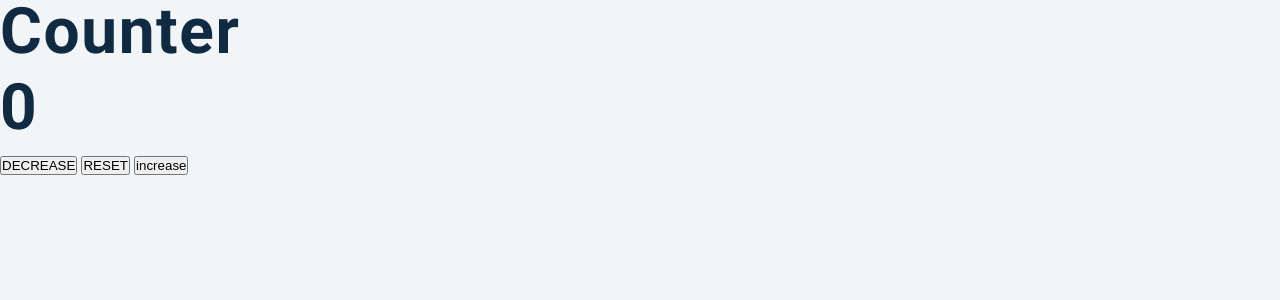
Repository: hseunghwan/practice-vanilla-javascript
Page: Counter/Counter.html
The author's editor kept a copy of each file at every save. The page is drawn from the files as they stood at one save, then again after the next save.
The browser window is 1280 px wide. The pictures show the whole page.

Above is the page before, as saved 2023-05-09 20:19:38.

### Counter/Counter.html
<!DOCTYPE html>
<html>
    <head>
        <meta charset="utf-8" />
        <title>Counter</title>
        <link href="../styles.css" rel="stylesheet" />
        <script src="app.js"></script>
    </head>
    <body>
        <h1>Counter</h1>
        <h1 id="counter">0</h1>
        <div class="bottonbox">
            <button id="decrease">DECREASE</button>
            <button id="reset">RESET</button>
            <button id="increase">increase</button>
        </div>
    </body>
</html>

### styles.css
/*
===============
Fonts
===============
*/
@import url("https://fonts.googleapis.com/css?family=Open+Sans|Roboto:400,700&display=swap");

/*
===============
Variables
===============
*/

:root {
    /* dark shades of primary color*/
    --clr-primary-1: hsl(205, 86%, 17%);
    --clr-primary-2: hsl(205, 77%, 27%);
    --clr-primary-3: hsl(205, 72%, 37%);
    --clr-primary-4: hsl(205, 63%, 48%);
    /* primary/main color */
    --clr-primary-5: hsl(205, 78%, 60%);
    /* lighter shades of primary color */
    --clr-primary-6: hsl(205, 89%, 70%);
    --clr-primary-7: hsl(205, 90%, 76%);
    --clr-primary-8: hsl(205, 86%, 81%);
    --clr-primary-9: hsl(205, 90%, 88%);
    --clr-primary-10: hsl(205, 100%, 96%);
    /* darkest grey - used for headings */
    --clr-grey-1: hsl(209, 61%, 16%);
    --clr-grey-2: hsl(211, 39%, 23%);
    --clr-grey-3: hsl(209, 34%, 30%);
    --clr-grey-4: hsl(209, 28%, 39%);
    /* grey used for paragraphs */
    --clr-grey-5: hsl(210, 22%, 49%);
    --clr-grey-6: hsl(209, 23%, 60%);
    --clr-grey-7: hsl(211, 27%, 70%);
    --clr-grey-8: hsl(210, 31%, 80%);
    --clr-grey-9: hsl(212, 33%, 89%);
    --clr-grey-10: hsl(210, 36%, 96%);
    --clr-white: #fff;
    --clr-red-dark: hsl(360, 67%, 44%);
    --clr-red-light: hsl(360, 71%, 66%);
    --clr-green-dark: hsl(125, 67%, 44%);
    --clr-green-light: hsl(125, 71%, 66%);
    --clr-black: #222;
    --ff-primary: "Roboto", sans-serif;
    --ff-secondary: "Open Sans", sans-serif;
    --transition: all 0.3s linear;
    --spacing: 0.1rem;
    --radius: 0.25rem;
    --light-shadow: 0 5px 15px rgba(0, 0, 0, 0.1);
    --dark-shadow: 0 5px 15px rgba(0, 0, 0, 0.2);
    --max-width: 1170px;
    --fixed-width: 620px;
}
/*
===============
Global Styles
===============
*/

*,
::after,
::before {
    margin: 0;
    padding: 0;
    box-sizing: border-box;
}
body {
    font-family: var(--ff-secondary);
    background: var(--clr-grey-10);
    color: var(--clr-grey-1);
    line-height: 1.5;
    font-size: 0.875rem;
}
ul {
    list-style-type: none;
}
a {
    text-decoration: none;
}
h1,
h2,
h3,
h4 {
    letter-spacing: var(--spacing);
    text-transform: capitalize;
    line-height: 1.25;
    margin-bottom: 0.75rem;
    font-family: var(--ff-primary);
}
h1 {
    font-size: 3rem;
}
h2 {
    font-size: 2rem;
}
h3 {
    font-size: 1.25rem;
}
h4 {
    font-size: 0.875rem;
}
p {
    margin-bottom: 1.25rem;
    color: var(--clr-grey-5);
}
@media screen and (min-width: 800px) {
    h1 {
        font-size: 4rem;
    }
    h2 {
        font-size: 2.5rem;
    }
    h3 {
        font-size: 1.75rem;
    }
    h4 {
        font-size: 1rem;
    }
    body {
        font-size: 1rem;
    }
    h1,
    h2,
    h3,
    h4 {
        line-height: 1;
    }
}
/*  global classes */

/* section */
.section {
    padding: 5rem 0;
}

.section-center {
    width: 90vw;
    margin: 0 auto;
    max-width: 1170px;
}
@media screen and (min-width: 992px) {
    .section-center {
        width: 95vw;
    }
}
main {
    min-height: 100vh;
    display: grid;
    place-items: center;
}

/*
===============
Nav
===============
*/
nav {
    background: var(--clr-white);
    height: 3rem;
    display: grid;
    align-items: center;
    box-shadow: var(--dark-shadow);
}
.nav-center {
    width: 90vw;
    max-width: var(--fixed-width);
    margin: 0 auto;
    display: flex;
    align-items: center;
    justify-content: space-between;
}
.nav-center h4 {
    margin-bottom: 0;
    color: var(--clr-primary-5);
}
.nav-links {
    display: flex;
}
nav a {
    text-transform: capitalize;
    font-weight: 700;
    font-size: 1rem;
    color: var(--clr-primary-1);
    letter-spacing: var(--spacing);
    margin-right: 1rem;
}
nav a:hover {
    color: var(--clr-primary-5);
}
/*
===============
Container
===============
*/
main {
    min-height: calc(100vh - 3rem);
    display: grid;
    place-items: center;
}
.container {
    text-align: center;
}
.container h2 {
    background: var(--clr-black);
    color: var(--clr-white);
    padding: 1rem;
    border-radius: var(--radius);
    margin-bottom: 2.5rem;
}
.color {
    color: var(--clr-primary-5);
}
.btn-hero {
    font-family: var(--ff-primary);
    text-transform: uppercase;
    background: transparent;
    color: var(--clr-black);
    letter-spacing: var(--spacing);
    display: inline-block;
    font-weight: 700;
    transition: var(--transition);
    border: 2px solid var(--clr-black);
    cursor: pointer;
    box-shadow: 0 1px 3px rgba(0, 0, 0, 0.2);
    border-radius: var(--radius);
    font-size: 1rem;
    padding: 0.75rem 1.25rem;
}
.btn-hero:hover {
    color: var(--clr-white);
    background: var(--clr-black);
}

### Counter/app.js
window.onload = () => {
    let counter = 0;
};

After the next save:
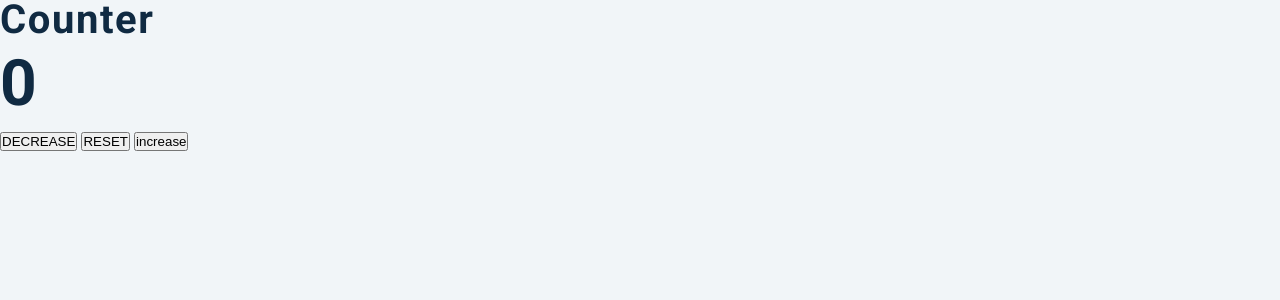
Saved 34 s later.
--- a/Counter/Counter.html
+++ b/Counter/Counter.html
@@ -7,7 +7,7 @@
         <script src="app.js"></script>
     </head>
     <body>
-        <h1>Counter</h1>
+        <h2>Counter</h2>
         <h1 id="counter">0</h1>
         <div class="bottonbox">
             <button id="decrease">DECREASE</button>

After the 4 saves that followed:
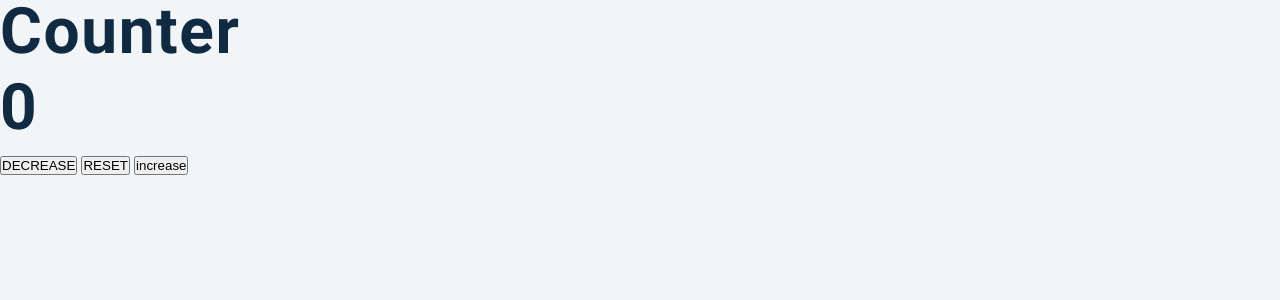
Console error: TypeError: Cannot read properties of null (reading 'addEventListener')
The 4 saves are shown as one change because 3 left the picture as it was.
The last was saved 12 min 57 s later.
--- a/Counter/Counter.html
+++ b/Counter/Counter.html
@@ -7,12 +7,12 @@
         <script src="app.js"></script>
     </head>
     <body>
-        <h2>Counter</h2>
+        <h1>Counter</h1>
         <h1 id="counter">0</h1>
         <div class="bottonbox">
-            <button id="decrease">DECREASE</button>
-            <button id="reset">RESET</button>
-            <button id="increase">increase</button>
+            <button class="btn decrease">DECREASE</button>
+            <button class="btn reset">RESET</button>
+            <button class="btn increase">increase</button>
         </div>
     </body>
 </html>
--- a/Counter/app.js
+++ b/Counter/app.js
@@ -1,3 +1,9 @@
 window.onload = () => {
-    let counter = 0;
+    const counter = document.querySelector("#counter");
+    const b1 = document.getElementById("decrease");
+    const b2 = document.getElementById("reset");
+    const b3 = document.getElementById("increase");
+    b1.addEventListener("click", () => {
+        counter.innerText;
+    });
 };
